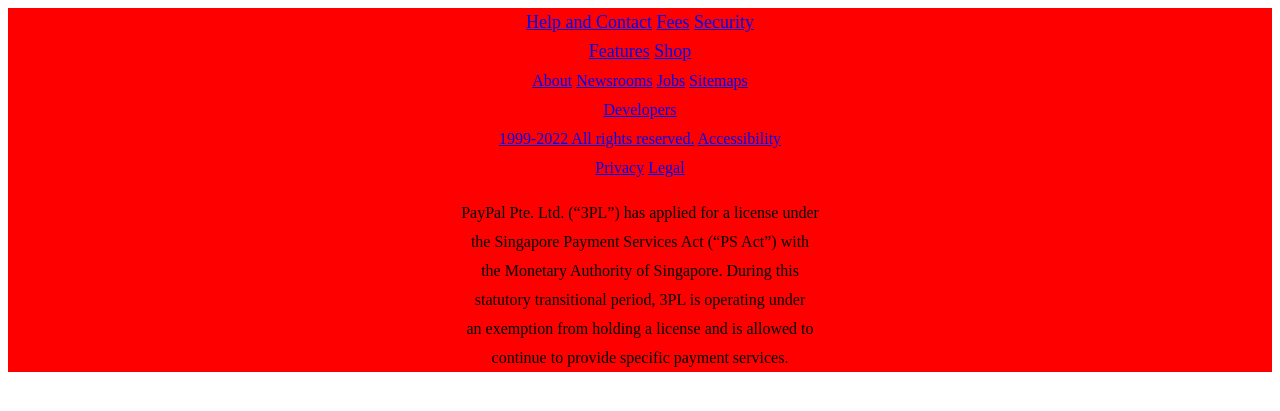
Repository: Jayeola3/Paypal
Page: text.html
These files come from the project's save history. The page is drawn as it stood at one moment and after the next save; the edit follows.
The browser window is 1280 px wide. The pictures show the whole page.

Above is the page before, as saved 2022-06-29 13:28:55.

After the next save:
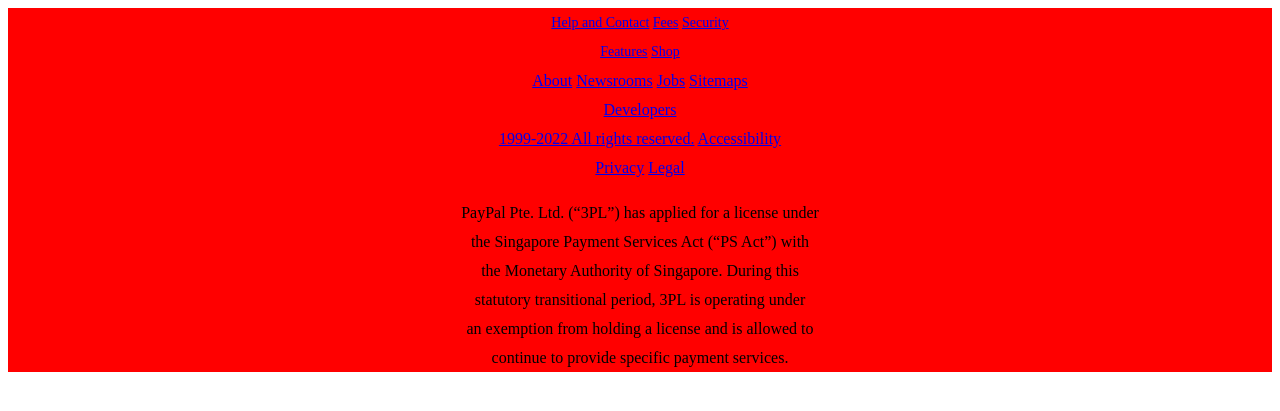
Saved 17 s later.
--- a/text.html
+++ b/text.html
@@ -31,7 +31,7 @@
             width: 100%;
             line-height: 29px;
             text-align: center;
-            font-size: large;
+            font-size: 14px;
         }
         .bout{
             background-color: red;
